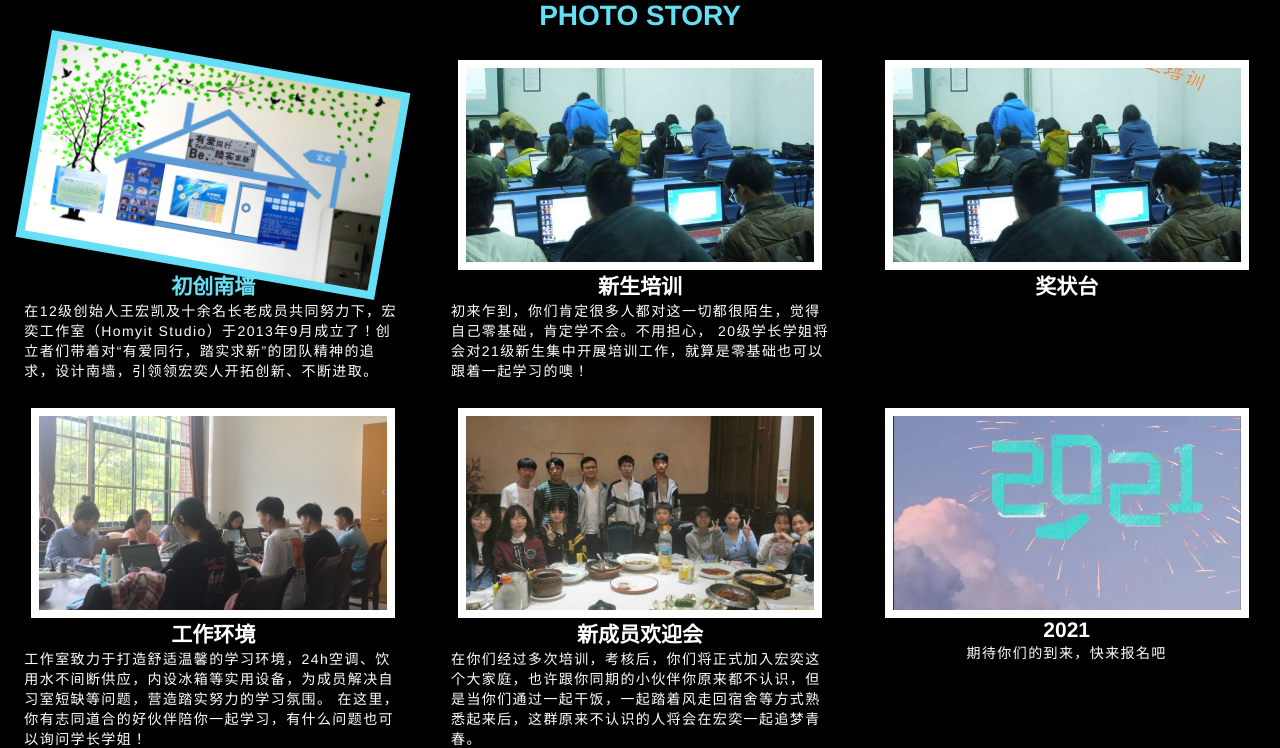
Repository: Homyit20/website
Page: /#/photo
These files come from the project's save history. The page is drawn as it stood at one moment and after the next save; the edit follows.
The browser window is 1280 px wide. The pictures show the whole page.
The project was rebuilt for these pictures with package versions that can differ from the ones it lists, and the page was loaded fresh each time. Also part of the build but not shown: vue.config.js.

Above is the page before, as saved 2021-08-10 20:03:32.

### public/index.html
<!DOCTYPE html>
<html lang="">
  <head>
    <meta charset="utf-8">
    <meta http-equiv="X-UA-Compatible" content="IE=edge">
    <meta name="viewport" content="width=device-width,initial-scale=1.0">
    <link rel="icon" href="<%= BASE_URL %>favicon.ico">
    <!-- <title><%= htmlWebpackPlugin.options.title %></title> -->
    <title><%= htmlWebpackPlugin.options.title %></title>
    <style>
      *{
        cursor: url("火箭.ico"),auto;
      }
      .body{
        overflow-x: hidden;
      }
    </style>
  </head>
  <body class="body">
    <noscript>
      <strong>We're sorry but <%= htmlWebpackPlugin.options.title %> doesn't work properly without JavaScript enabled. Please enable it to continue.</strong>
    </noscript>
    <div id="app"></div>
    <!-- built files will be auto injected -->
  </body>
</html>

### src/main.js
import Vue from 'vue'
import App from './App.vue'
import router from './router'
import store from './store'
// import VueCookies from 'vue-cookies'
// import axios from 'axios'
// import VueAxios from 'vue-axios'
import 'animate.css/animate.min.css'
// Vue.use(VueCookies)
// Vue.use(VueAxios, axios);

Vue.config.productionTip = false

new Vue({
  router,
  store,
  render: h => h(App),
}).$mount('#app')

//报名成功或者已报名才可进入二维码页面
router.beforeEach((to, from, next) => {
  //路由导航
  if (to.meta.islogin) {

    if (store.state.success == 1) {
      next()
    } else {
      next({
        path: from.path
      })
    }
  } else {

    if (to.meta.islogin) {
      if (store.state.success == 1) {
        next()
      } else {
        next({
          path: from.path
        })
      }
    } else {
      next()
    }
  }
})
window.onload = function(){
  document.title = "HOMYIT STUDIO"
}

### src/App.vue
<template>
  <div id="app">
    <router-view></router-view>
  </div>
</template>

<script>
// import NavBar from "./components/enter/enter.vue"
export default {
  name: "App"
};
</script>

<style>
* {
  margin: 0;
  padding: 0;
  box-sizing: border-box;
}
html {
  font-size: 14px;
}
#app {
  font-family: Avenir, Helvetica, Arial, sans-serif;
}
</style>

### src/router/index.js
import Vue from 'vue'
import VueRouter from 'vue-router'

Vue.use(VueRouter);

const routes = [
    {
        path: '/',
        redirect: '/enter',
        meta : {
            title : 'enter'
        }
    },
    {
        path: '/technique',
        component: () => import('../views/technique.vue'),
        meta : {
            title : 'technique'
        }
    },
    {
        path: '/develop',
        component: () => import('../views/develop.vue'),
        meta : {
            title : 'develop'
        }
    },
    {
        path: '/enter',
        component: () => import('../views/enter.vue'),
        meta : {
            title : 'enter'
        }
    },
    {
        path: '/login',
        component: () => import('../views/login.vue'),
        redirect: '/login/loginform',
        children: [{
            path: '/login/loginform',
            component: () => import('../components/content/loginform.vue'),
            meta : {
                title : 'login'
            }
        },
        {
            path: '/login/contact',
            component: () => import('../components/content/contact.vue'),
            meta: {
                islogin: true,
                title : 'contact'
            }
        }
        ]
    },
    {
        path: '/home',
        component: () => import('../views/Home.vue'),
        meta : {
            title : 'home'
        }
    }, {
        path: '/background',
        component: () => import('../views/background.vue'),
        meta : {
            title : 'background'
        }
    },
    {
        path : '/photo',
        component : () => import('../views/photo.vue')
    }
]

const router = new VueRouter({
    routes
})

export default router;

### src/store/index.js
import Vue from 'vue'
import Vuex from 'vuex'

Vue.use(Vuex)

const store = new Vuex.Store({
    state : {
        success : 0,
        isnav : false
    },
    mutations : {
        judge(state){
            state.success = 1
        }
    }
})

export default store;

### src/views/photo.vue
<template>
  <div class="photos-back">
    <h1>PHOTO STORY</h1>
    <div class="photo-content">
      <div class="photo-content-img">
        <img src="../assets/techlogin/images/南墙.png" class="photo-animate-one our-photo" @click="changephoto(0)">
        <h2 class="active-photo">初创南墙</h2>
        <p>在12级创始人王宏凯及十余名长老成员共同努力下，宏奕工作室（Homyit Studio）于2013年9月成立了！创立者们带着对“有爱同行，踏实求新”的团队精神的追求，设计南墙，引领领宏奕人开拓创新、不断进取。
        </p>
      </div>
      <div class="photo-content-img">
        <img src="../assets/techlogin/images/新生培训.png" class="our-photo" @click="changephoto(1)">
        <h2>新生培训</h2>
        <p>初来乍到，你们肯定很多人都对这一切都很陌生，觉得自己零基础，肯定学不会。不用担心，
          20级学长学姐将会对21级新生集中开展培训工作，就算是零基础也可以跟着一起学习的噢！</p>
      </div>
      <div class="photo-content-img">
        <img src="../assets/techlogin/images/新生培训.jpg" class="our-photo" @click="changephoto(2)">
        <h2>奖状台</h2>
        <p></p>
      </div>
      <div class="photo-content-img">
        <img src="../assets/techlogin/images/工作环境.png" class="our-photo" @click="changephoto(3)">
        <h2>工作环境</h2>
        <p>工作室致力于打造舒适温馨的学习环境，24h空调、饮用水不间断供应，内设冰箱等实用设备，为成员解决自习室短缺等问题，营造踏实努力的学习氛围。
          在这里，你有志同道合的好伙伴陪你一起学习，有什么问题也可以询问学长学姐！
        </p>
      </div>
      <div class="photo-content-img">
        <img src="../assets/techlogin/images/2020.jpg" class="our-photo" @click="changephoto(4)">
        <h2>新成员欢迎会</h2>
        <p>在你们经过多次培训，考核后，你们将正式加入宏奕这个大家庭，也许跟你同期的小伙伴你原来都不认识，但是当你们通过一起干饭，一起踏着风走回宿舍等方式熟悉起来后，这群原来不认识的人将会在宏奕一起追梦青春。</p>
      </div>
      <div class="photo-content-img">
        <img src="../assets/techlogin/images/2021.png" @click="phototojoin()">
        <h2>2021</h2>
        <p>期待你们的到来，快来报名吧</p>
      </div>
    </div>
  </div>
</template>

<script>
  let photobefore = 0;
  export default {
    name : 'photo',
    methods:{
      changephoto(value){
        let ourphoto = document.getElementsByClassName('our-photo');
        let photoh2 = document.getElementsByTagName('h2');
        photoh2[value].style.color = '#65dff5';
        photoh2[photobefore].style.color = '#fff';
        ourphoto[0].classList.remove('photo-animate-one');
        ourphoto[photobefore].classList.remove('photo-animate-one');
        ourphoto[value].classList.add('photo-animate-one');
        photobefore = value;
      },
      phototojoin(){
      this.$router.push({
        path : '/login/loginform'
      })
    }
    }
  }
</script>

<style>
.photos-back{
  width: 100vw;
  background-color: #000;
  display: flex;
  flex-direction: column;
  align-items: center;
  color: #65dff5;
}
.photo-content{
  display: flex;
  justify-content: space-around;
  flex-wrap: wrap;
}
.photo-content-img{
  display: flex;
  flex-direction: column;
  align-items: center;
  width: 27rem;
  margin-top: 2rem;
  color: #fff;
}
.photo-content-img .active-photo{
  color: #65dff5;
}
.photo-content-img p{
  box-shadow: 1px 1px 3px #000;
  letter-spacing: 0.1rem;
}
.photo-content-img img{
  border: 8px solid #fff;
  width: 26rem;
  height: 15rem;
  object-fit: cover;
}
  .photo-content-img .photo-animate-one{
    border: 8px solid #65dff5;
    animation: photoone 2s infinite ease-in-out;
  }
/* 动画 */
@keyframes photoone {
  0%{
    transform: rotate(0deg);
  }
  50%{
    transform: rotate(10deg);
  }
  100%{
    transform: rotate(0deg);
  }
}


@media screen and (max-width : 800px){
  .photo-content{
    display: flex;
    flex-direction: column;
    align-items: center;
 }
 .photo-content-img{
   width: 23rem;
 }
   .photo-content-img img{
    width: 22rem;
    height: 12rem;
  }
}
@media screen and (min-width: 1500px){
  .photo-content-img{
    width: 35rem;
  }
  .photo-content-img img{
    width: 34rem;
    height: 20rem;
  }
}
</style>

After the next save:
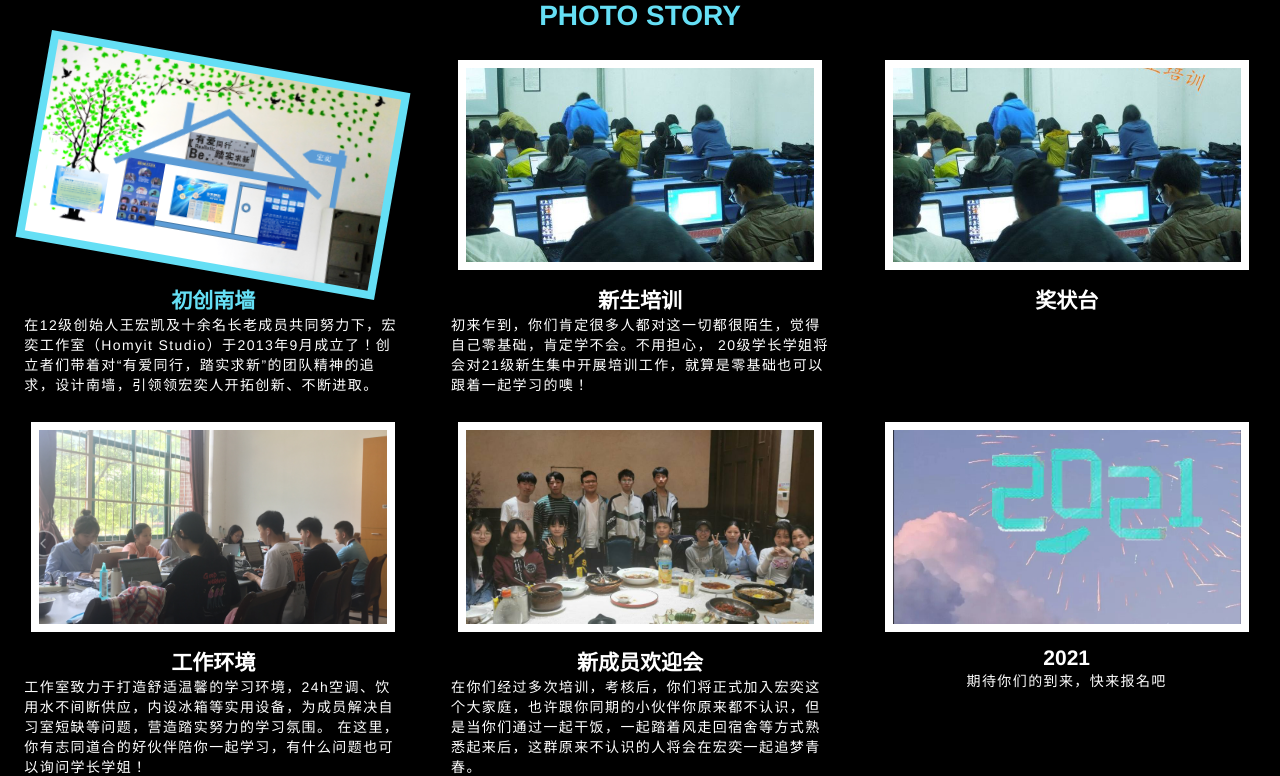
Saved 73 s later.
--- a/src/views/photo.vue
+++ b/src/views/photo.vue
@@ -89,6 +89,9 @@
 .photo-content-img .active-photo{
   color: #65dff5;
 }
+.photo-content-img h2{
+  margin-top: 1rem;
+}
 .photo-content-img p{
   box-shadow: 1px 1px 3px #000;
   letter-spacing: 0.1rem;
